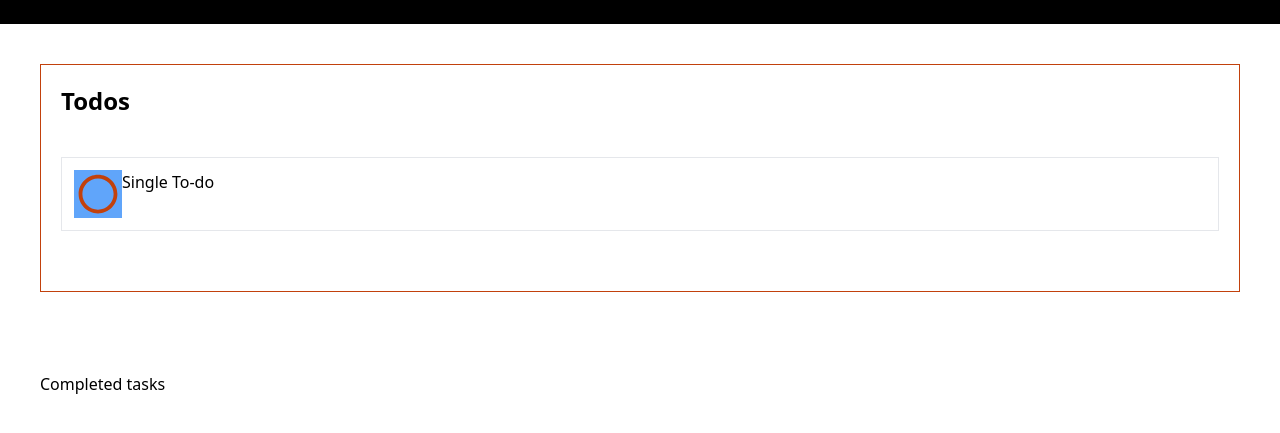
Repository: thekingisherenow/personalTodo
Page: /
The author's editor kept a copy of each file at every save. The page is drawn from the files as they stood at one save, then again after the next save.
The browser window is 1280 px wide. The pictures show the whole page.
The project was rebuilt for these pictures with package versions that can differ from the ones it lists, and the page was loaded fresh each time. The framework's server and built-in components were replaced by stand-ins that run in the browser. Also part of the build but not shown: next.config.js, styles/Home.module.css.

Above is the page before, as saved 2022-12-15 16:13:30.

After the next save:
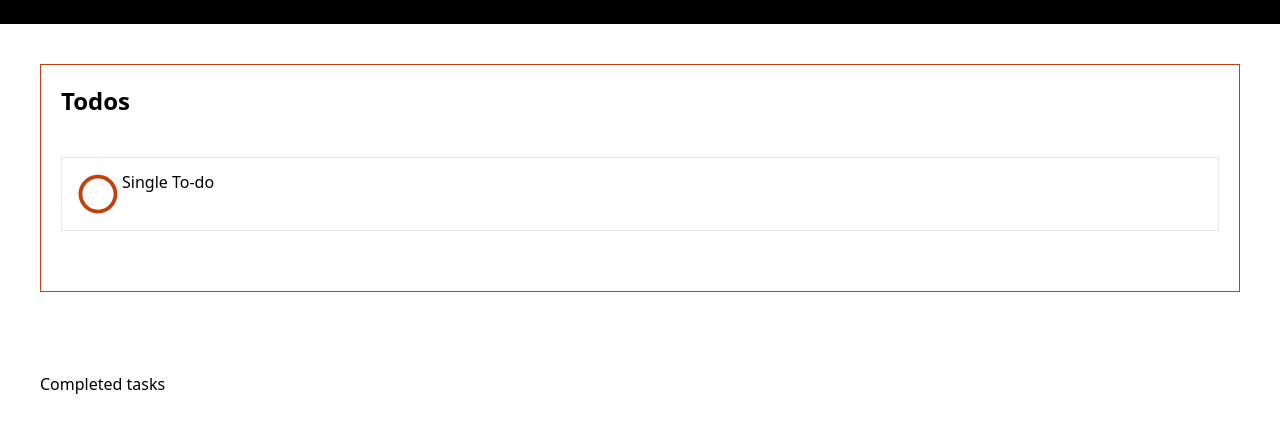
Saved 56 min 53 s later.
--- a/components/Todo.js
+++ b/components/Todo.js
@@ -8,7 +8,7 @@ function Todo() {
   return (
     <div className='border  p-3 my-10 flex'>
         <div
-         className='bg-blue-400 w-12 h-12 flex justify-center items-center' onMouseEnter={()=>setCheck(true)}  onMouseLeave={()=>setCheck(false)} >
+         className=' w-12 h-12 flex justify-center items-center' onMouseEnter={()=>setCheck(true)}  onMouseLeave={()=>setCheck(false)} >
 
         { check?
 
